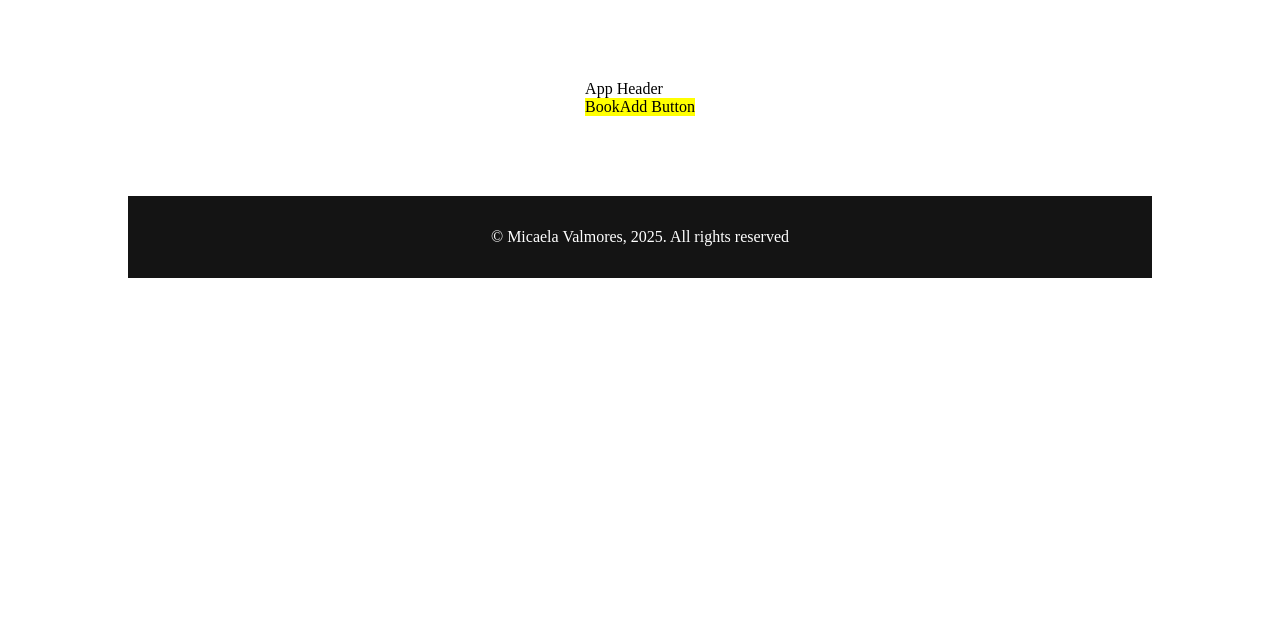
Repository: Micaelavalmores/COMP3170-Data-Fetching
Page: /
These files come from the project's save history. The page is drawn as it stood at one moment and after the next save; the edit follows.
The browser window is 1280 px wide. The pictures show the whole page.
The project was rebuilt for these pictures with package versions that can differ from the ones it lists, and the page was loaded fresh each time. Also part of the build but not shown: vite.config.js.

Above is the page before, as saved 2025-09-22 17:57:17.

After the next save:
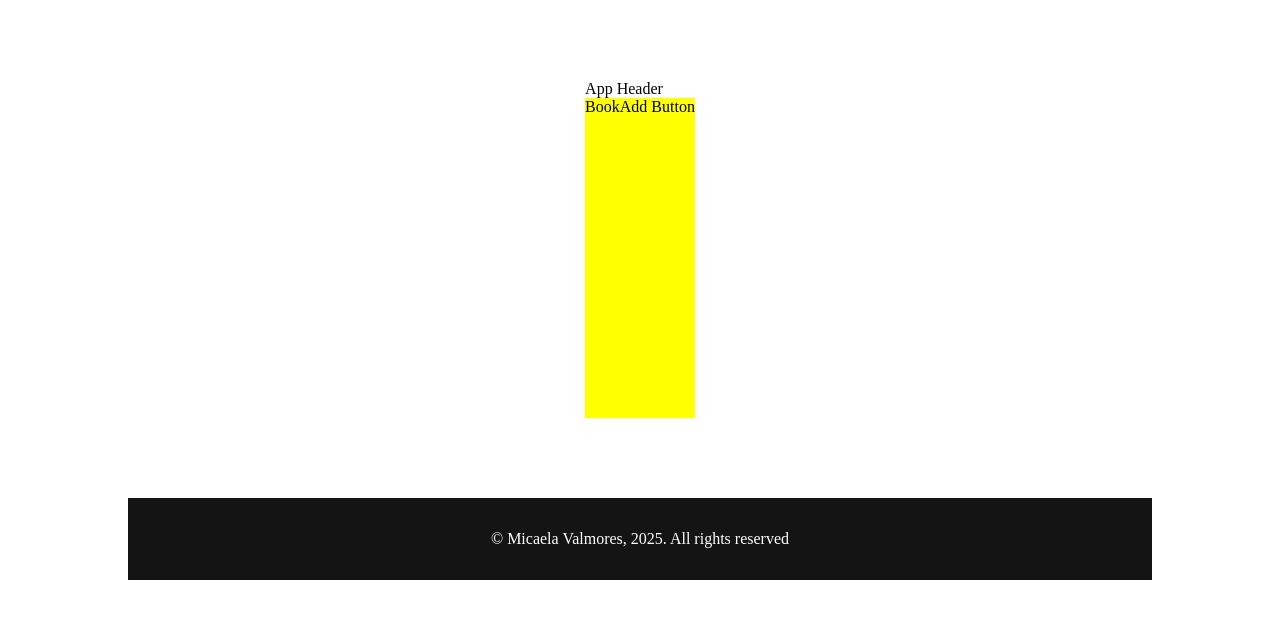
Saved 4 s later.
--- a/src/index.css
+++ b/src/index.css
@@ -28,7 +28,7 @@ body {
   }
 
   .mainContent {
-    height: em;
+    height: 20em;
     width: 100%;
     background: yellow;
   }
